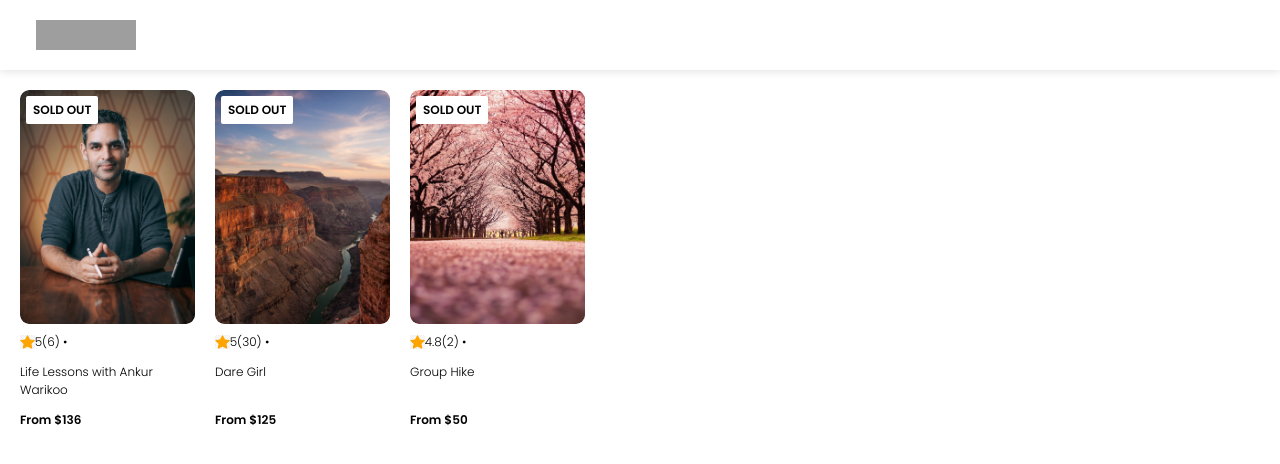
Repository: Sundaram-2001/Airbnb-experience
Page: /
An editor plug-in stored every save of this project. The page is shown before and after a run of saves, followed by the edit.
The browser window is 1280 px wide. The pictures show the whole page.
Pictures or frames that could not be fetched are drawn as grey boxes. The project was rebuilt for these pictures with package versions that can differ from the ones it lists, and the page was loaded fresh each time. Also part of the build but not shown: src/components/Hero.jsx.

Above is the page before, as saved 2023-01-25 22:47:02.

### public/index.html
<!DOCTYPE html>
<html lang="en">
  <head>
    <link rel="preconnect" href="https://fonts.googleapis.com">
        <link rel="preconnect" href="https://fonts.gstatic.com" crossorigin>
        <link href="https://fonts.googleapis.com/css2?family=Poppins:wght@300;600&display=swap" rel="stylesheet">
    <meta charset="utf-8" />
    <link rel="icon" href="%PUBLIC_URL%/favicon.ico" />
    <meta name="viewport" content="width=device-width, initial-scale=1" />
    <meta name="theme-color" content="#000000" />
    <meta
      name="description"
      content="Web site created using create-react-app"
    />
    <link rel="apple-touch-icon" href="%PUBLIC_URL%/logo192.png" />

    <link rel="manifest" href="%PUBLIC_URL%/manifest.json" />

    <title>React App</title>
    <link rel="stylesheet" href="styles.css">
  </head>
  <body>
    <script src="index.js"></script>
    <div id="root"></div>

  </body>
</html>

### src/index.js
import React from 'react';
import ReactDOM from 'react-dom';
import App from "./components/App";

ReactDOM.render(<App/>,document.getElementById("root"));

### src/components/App.js
import React from 'react';
import ReactDOM from 'react-dom';
import Card from './Card';
import Hero from './Hero';
import Navbar from './Navbar';
import data from "./data";

export default function App(){
  const cards=data.map(item => {
    return(
      <Card
      img={item.coverImg}
      rating={item.stats.rating}
      reviewCount={item.stats.reviewCount}
      location={item.location}
      title={item.title}
      price={item.price}
      openSpots={item.openSpots}
  />



    )


  })
  return (
    <div>
        <Navbar />
      <section className='cards-list'>
        {cards}
        </section>
    </div>
)
}

### src/components/Card.jsx
import React from 'react';
import ReactDOM from 'react-dom';


function Card(props){
    return(
        <div className="card">
           {props.openSpots===0} {<div className="card--badge">SOLD OUT</div>}
            <img src={`../images/${props.img}`} className="card--image" />
            <div className="card--stats">
                <img src="../images/download.png" className='card--star' />
                <span>{props.rating}</span>
                <span>({props.reviewCount}) • </span>
                <span>{props.country}</span>
            </div>
            <p className='card--title'> {props.title}</p>
            <p className="card--price"><span className="bold">From ${props.price}</span> </p>

        </div>
    )
}


export default Card;

### src/components/Navbar.jsx
import React from 'react';
import ReactDOM from 'react-dom';

function Navbar(){
    return(

        <nav>
            <img className='nav--logo' src="https://media.designrush.com/inspiration_images/135187/conversions/_1511452487_364_Airbnb-mobile.jpg" alt="Air-bnb logo" width="120px" />
        </nav>

    )
}

export default Navbar;

### src/components/data.jsx
export default [
    {
        id: 1,
        title: "Life Lessons with Ankur Warikoo",
        description: "I will share with you what I call \"Positively Impactful Moments of Disappointment.\" Throughout my career, many of my highest moments only came after setbacks and losses. But learning from those difficult moments is what gave me the ability to rise above them and reach my goals.",
        price: 136,
        coverImg: "ankur-warikoo.png",
        stats: {
            rating: 5.0,
            reviewCount: 6
        },
        location: "Online",
        openSpots: 0,
    },
    {
        id: 2,
        title: "Dare Girl",
        description: "Interested in becoming a wedding photographer? For beginner and experienced photographers alike, join us in learning techniques required to leave the happy couple with memories that'll last a lifetime.",
        price: 125,
        coverImg: "grand-canyon.png",
        stats: {
            rating: 5.0,
            reviewCount: 30
        },
        location: "Online",
        openSpots: 27,
    },
    {
        id: 3,
        title: "Group Hike",
        description: "Experience the beautiful Norwegian landscape and meet new friends all while conquering rugged terrain on your mountain bike. (Bike provided!)",
        price: 50,
        coverImg: "japan-forest.png",
        stats: {
            rating: 4.8,
            reviewCount: 2
        },
        location: "Norway",
        openSpots: 3,
    }
]

### public/styles.css
* {
    box-sizing: border-box;
}

body {
    margin: 0;
    font-family: 'Poppins', sans-serif;
}

nav {
    height: 70px;
    display: flex;
    padding: 20px 36px;
    box-shadow: 0px 2.98256px 7.4564px rgba(0, 0, 0, 0.1);
}

.bold {
    font-weight: bold;
}

.gray {
    color: #918E9B;
}

.nav--logo {
    max-width: 100px;
}

section {
    padding: 20px;
}

.hero {
    display: flex;
    flex-direction: column;
}

.hero--photo {
    max-width: 400px;
    align-self: center;
}

.hero--header {
    margin-bottom: 16px;
}

.hero--text {
    margin-top: 0;
}

.cards-list {
    display: flex;
    flex-wrap: nowrap;
    gap: 20px;
    overflow-x: auto;
}

.card {
    width: 175px;
    font-size: 12px;
    flex: 0 0 auto;         /* ADD */
    display: flex;          /* ADD */
    flex-direction: column; /* ADD */
    position: relative;
}

.card--image {
    width: 100%;
    border-radius: 9px;
    margin-bottom: 9px;
}

/* ADD */
.card--title {
    overflow: hidden;
    text-overflow: ellipsis;
}

.card--stats {
    display: flex;
    align-items: center;
}

.card--star {
    height: 14px;
}

/* ADD */
.card--price {
    margin-top: auto;
}

.card--badge {
    position: absolute;
    top: 6px;
    left: 6px;
    background-color: white;
    padding: 5px 7px;
    border-radius: 2px;
    font-weight: bold;
}

After the next 6 saves:
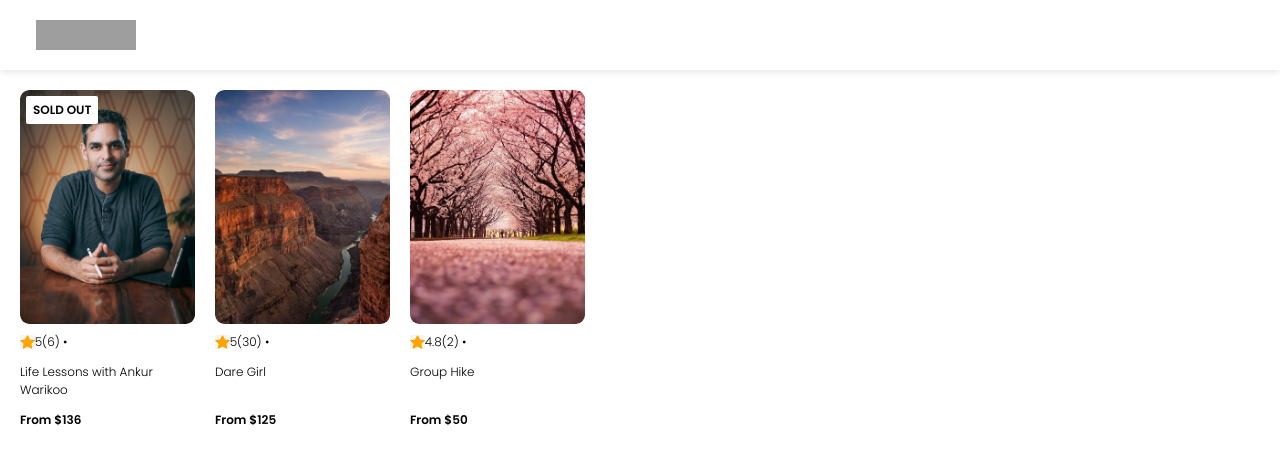
The 6 saves are shown as one change because 1 did not build or start and some came seconds apart.
The last was saved 26 s later.
--- a/src/components/Card.jsx
+++ b/src/components/Card.jsx
@@ -5,7 +5,7 @@
 function Card(props){
     return(
         <div className="card">
-           {props.openSpots===0} {<div className="card--badge">SOLD OUT</div>}
+           {props.openSpots===0 && <div className="card--badge">SOLD OUT</div>}
             <img src={`../images/${props.img}`} className="card--image" />
             <div className="card--stats">
                 <img src="../images/download.png" className='card--star' />
